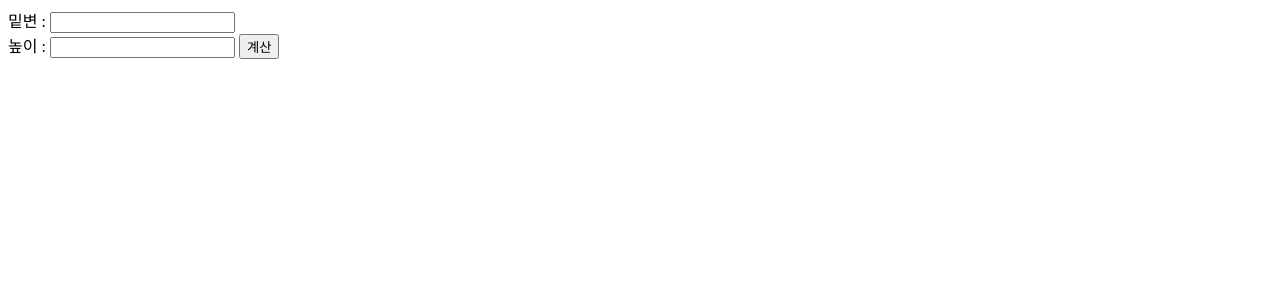
Repository: DistincTao/JSP
Page: http://localhost/JSPBasic/calculateTriangle.jsp
These files come from the project's save history. The page is drawn as it stood at one moment and after the next save; the edit follows.
The browser window is 1280 px wide. The pictures show the whole page.
The page is served by Tomcat 9. Nobody is signed in. The application's start-up code is not run.

Above is the page before, as saved 2023-12-11 06:52:19.

After the next save:
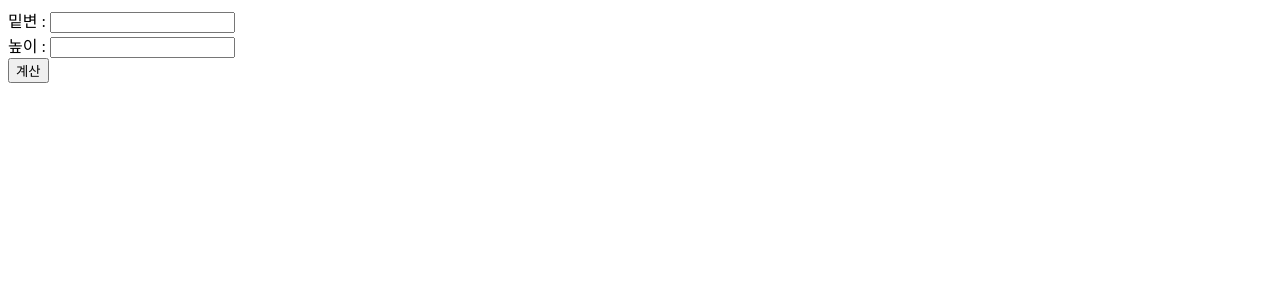
Saved 65 s later.
--- a/JSPBasic/src/main/webapp/calculateTriangle.jsp
+++ b/JSPBasic/src/main/webapp/calculateTriangle.jsp
@@ -7,9 +7,9 @@
 <title>삼각형 넓이 계산</title>
 </head>
 <body>
-	<form action = "./CalculateTriAngle_GET">
+	<form action = "./CalculateTriangle_GET">
 		밑변 : <input type="text" name = "base"><br>
-		높이 : <input type="text" name = "height">
+		높이 : <input type="text" name = "height"><br>
 		<input type="submit" value = "계산">
 	</form>
 </body>
